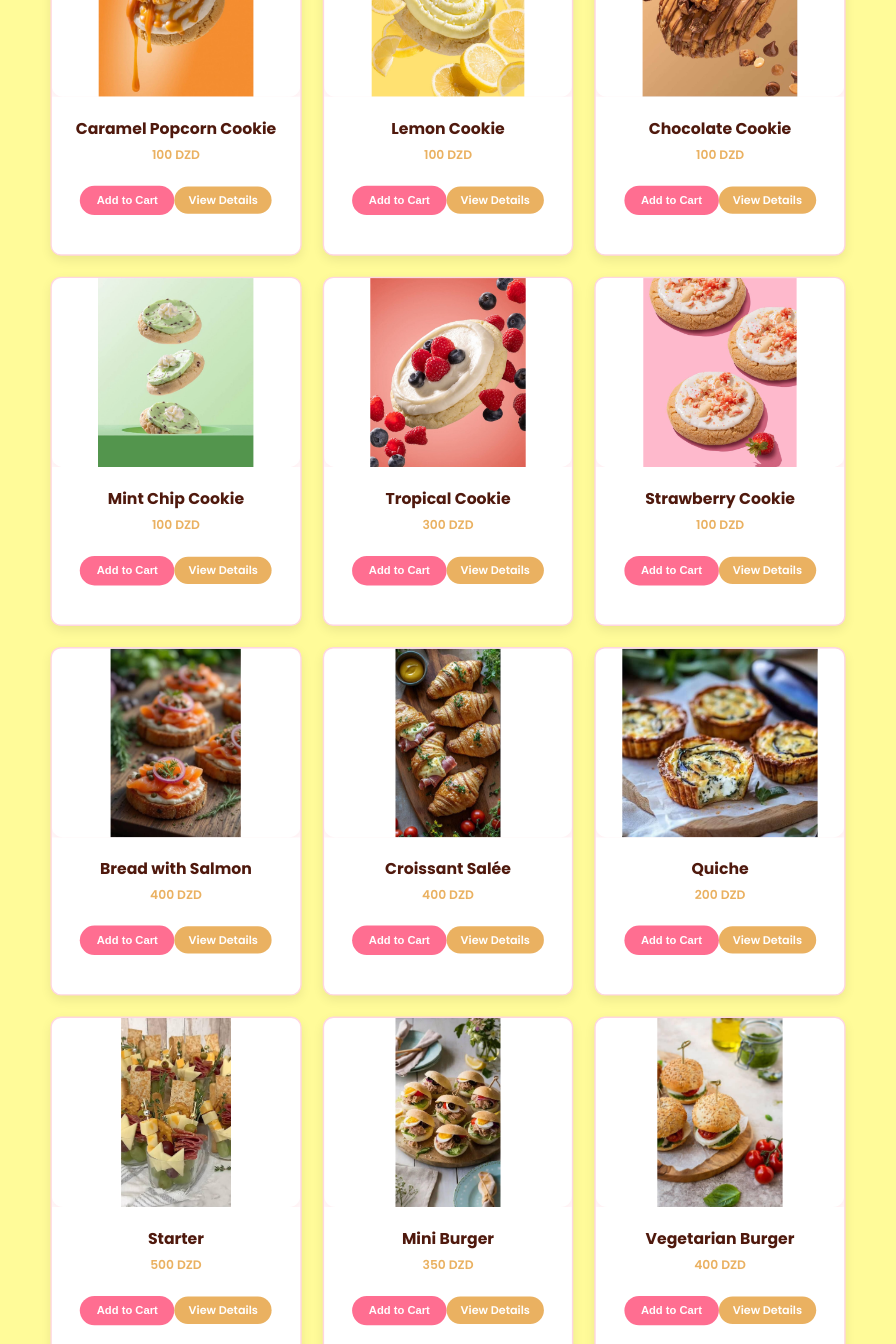
Repository: Sayy17/happy-oven-app
Page: /
These files come from the project's save history. The page is drawn as it stood at one moment and after the next save; the edit follows.
The browser window is 1280 px wide. The pictures show the part of the page from y = 1166 to 3086 px (the page is 6322 px tall before and 5752 px after), at 70% of full size.
The project was rebuilt for these pictures with package versions that can differ from the ones it lists, and the page was loaded fresh each time. Also part of the build but not shown: src/components/Product/ReviewForm.js, src/components/Product/ProductDetail.js, src/components/Cart/CartPanel.js, src/components/Contact/ContactPopup.js, src/components/AboutUs/AboutUs.js, src/components/Notification.js.

Above is the page before, as saved 2025-05-06 18:39:59.

### public/index.html
<!DOCTYPE html>
<html lang="en">
<head>
  <meta charset="UTF-8" />
  <meta name="viewport" content="width=device-width, initial-scale=1.0" />
  <title>Happy Oven</title>
</head>
<body>
  <div id="root"></div>
</body>
</html>

### src/components/Shop/ProductGrid.js
import React from 'react';
import { Link } from 'react-router-dom';
import { useCart } from '../../context/CartContext';

const ProductGrid = ({ products, onProductClick }) => {
  const { addToCart } = useCart();

  const handleAddToCart = (e, product) => {
    e.preventDefault(); // Prevent navigation
    e.stopPropagation(); // Prevent event bubbling
    addToCart(product);
  };

  // Function to handle image errors
  const handleImageError = (e) => {
    e.target.onerror = null; // Prevent infinite loop
    e.target.src = '/images/placeholder.jpg'; // Set default placeholder
  };

  return (
    <div className="product-grid">
      {products.length === 0 ? (
        <div className="no-products">No products found</div>
      ) : (
        products.map((product) => (
          <div key={product.id} className="product-card">
            <Link
              to={`/products/${product.id}`}
              className="product-link"
              onClick={() => onProductClick(product.id)}
            >
              <div className="product-image">
                <img
                  src={product.image}
                  alt={product.name}
                  onError={handleImageError}
                />
              </div>
              <div className="product-info">
                <h3 className="product-name">{product.name}</h3>
                <p className="product-price">{product.price} DZD</p>
              </div>
            </Link>
            <div className="product-actions">
              <button
                className="add-to-cart"
                onClick={(e) => handleAddToCart(e, product)}
              >
                Add to Cart
              </button>
              <Link
                to={`/products/${product.id}`}
                className="view-details"
                onClick={() => onProductClick(product.id)}
              >
                View Details
              </Link>
            </div>
          </div>
        ))
      )}
    </div>
  );
};

export default ProductGrid;

Loaded but not shown: src/index.js (common file); src/index.css (common file); src/data/products.js (294 lines, source omitted); src/context/ProductContext.js (139 lines, source omitted); src/context/CartContext.js (127 lines, source omitted); src/components/Shop/SearchComponent.js (115 lines, source omitted); src/App.js (90 lines, source omitted); src/components/Shop/Shop.js (82 lines, source omitted); src/components/Menu.js (81 lines, source omitted); src/components/Shop/CategoryButtons.js (35 lines, source omitted); src/components/BakeryBanner.js (22 lines, source omitted); src/components/Cart/FloatingCartIcon.js (21 lines, source omitted); src/components/Header.js (16 lines, source omitted); src/App.css (2208 lines, source omitted)

After the next save:
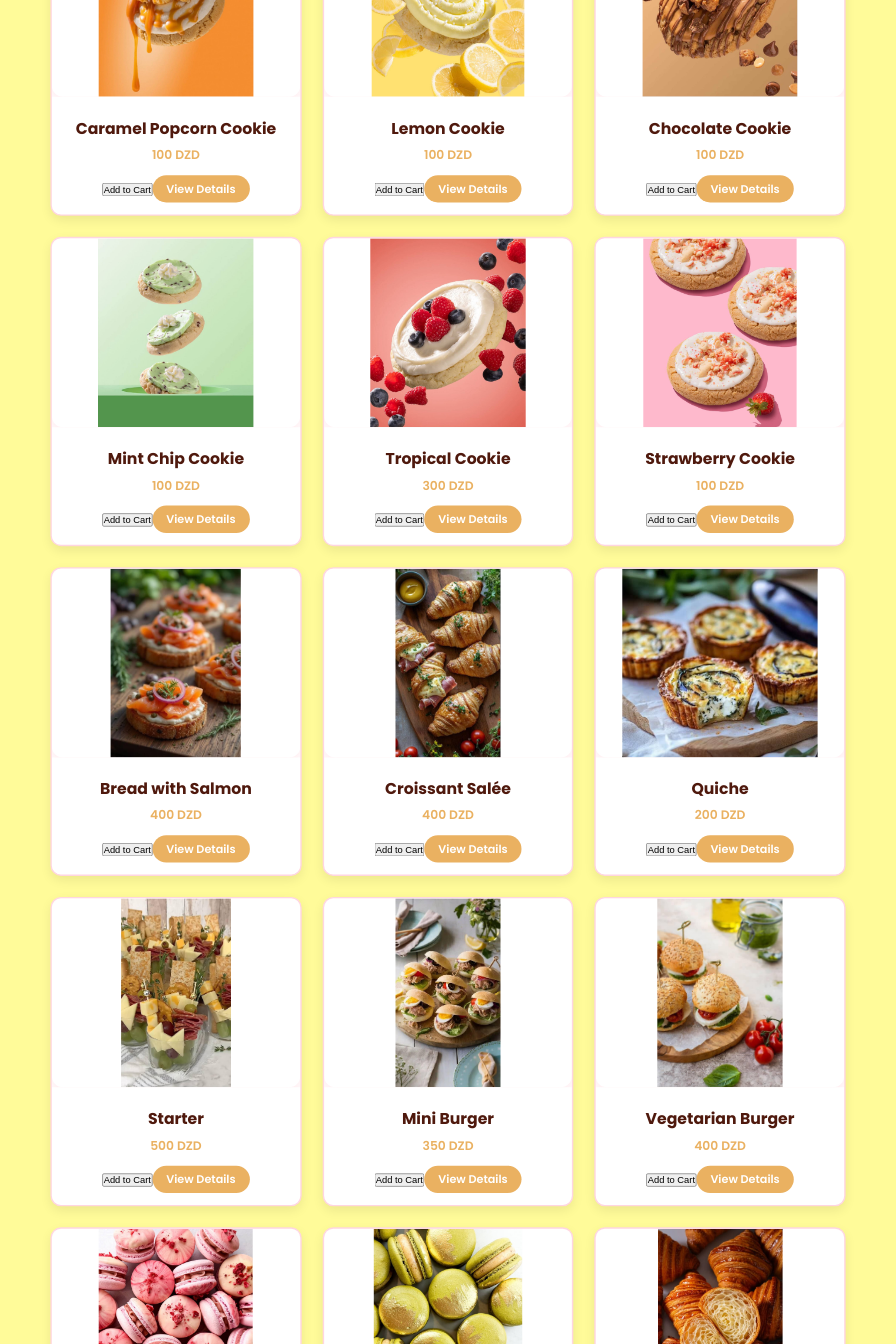
Saved 2 min 45 s later.
--- a/src/components/Shop/ProductGrid.js
+++ b/src/components/Shop/ProductGrid.js
@@ -43,7 +43,7 @@ const ProductGrid = ({ products, onProductClick }) => {
             </Link>
             <div className="product-actions">
               <button
-                className="add-to-cart"
+                className="add-btn"
                 onClick={(e) => handleAddToCart(e, product)}
               >
                 Add to Cart
